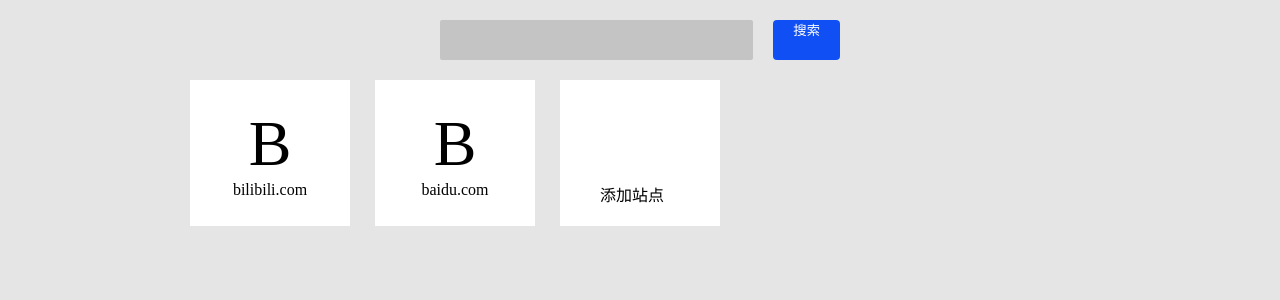
Repository: chenguocan/-
Page: src/index.html
An editor plug-in stored every save of this project. The page is shown before and after the next save, followed by the edit.
The browser window is 1280 px wide. The pictures show the whole page.

Above is the page before, as saved 2020-08-12 14:59:11.

### src/index.html
<!DOCTYPE html>
<html lang="en">

<head>
    <meta charset="UTF-8">
    <meta name="viewport"
        content="width=device-width,initial-scale=1,minimum-scale=1,maximum-scale=1,user-scalable=no,viewport-fit=cover">
    <meta http-equiv="X-UA-Compatible" content="ie=edge">
    <title>前端导航</title>
    <link rel="stylesheet" href="./style.css">
    <style type="text/css">
        .icon {
            width: 1em;
            height: 1em;
            vertical-align: -0.15em;
            fill: currentColor;
            overflow: hidden;
        }
    </style>
</head>

<body>
    <header class="globalHeader">
        <form class="searchForm" method="get" action="https://www.baidu.com/s">
            <input name="wd" type="text" />
            <button class="searchButton">搜索</button>
        </form>
    </header>
    <main class="globalMain">
        <ul class="siteList">
            <li class="addButton site">
                <div class="logo">
                    <svg class="icon" aria-hidden="true" style="width: 5em; height:5em">
                        <use xlink:href="#icon-jiahao"></use>
                    </svg>
                    <div class="site">添加站点</div>
                </div>
            </li>
        </ul>
    </main>
    <script src="https://cdn.bootcdn.net/ajax/libs/jquery/3.5.1/jquery.slim.min.js"></script>
    <script src="//at.alicdn.com/t/font_2000749_640re2b3w3g.js"></script>
    <script src="./main.js"></script>
</body>

</html>

### src/style.css
*{
    margin: 0;
    padding: 0;
    box-sizing: border-box;
}
*::before{
    margin: 0;
    padding: 0;
    box-sizing: border-box;
}
*::after{
    margin:0;
    padding: 0;
    box-sizing: border-box;
}
body{
    background:#E5E5E5;
}
ul>li{
    list-style: none;
}
a{
    text-decoration: none;
    color: inherit;
}
.searchForm {
    margin:20px;
    display: flex;
    flex-direction: row;
    flex-wrap: nowrap;
    justify-content: space-between;
}
.globalHeader >.searchForm > input{
    width: 100%;
    border: none;
    height: 40px;
    border-radius: 2px;
    background: #C4C4C4;
    padding-left: 10px;
}
@media(min-width:500px){
    .searchForm{
        max-width: 400px;
        margin-left: auto;
        margin-right: auto;
    }
}
.globalHeader >.searchForm> .searchButton{
    display: flex;
    white-space: nowrap;
    border: none;
    color:white;
    margin-left: 20px;
    background:#0F4FF3;
    border-radius:4px;
    padding:0 20px;
}
.siteList{
    display: flex;
    flex-direction: row;
    justify-content: space-between;
    flex-wrap: wrap;
    margin:0 20px;
}
@media (min-width:500px){
    .siteList{
        max-width: 900px;
        margin-right: auto;
        margin-left: auto;
        justify-content: flex-start;
    }
}
.siteList .siteBox,.addButton{
    display: flex;
    flex-direction: column;
    justify-content: center;
    align-items: center;
    flex-wrap: wrap;
    height: 146px;
    width: 160px;
    margin-bottom: 10px;
    background:#FFFFFF;
}
@media(min-width:500px){
    .siteList .siteBox,.addButton{
        margin-right: 25px;
    }
}
.siteList .siteBox>.logo{
    font-size: 64px;
}
.siteList .siteBox>.site{
    font-size:16px;
}
.delete{
    cursor: pointer;
}
.siteUrl{
    border:1px solid red;
}
.delete>.icon{
    width: 30px;
    height: 30px;
    position: absolute;
    right: 0px;
    top:0px;
}
.siteList .siteUrl:hover>.delete{
    display: block;
}

### src/main.js
const $siteList = $(".siteList");
const $addButton = $(".addButton");
const $lastLi = $siteList.find('li.last')
const x = localStorage.getItem('x');
const xObject = JSON.parse(x);
const hashMap = xObject || [
    {
        logo: "B",
        url: "https://www.bilibili.com",
    },
    {
        logo: "D",
        url: "https://www.baidu.com"
    }
];
const replaceUrl = ((url) => {
    return url.replace("http://", "").replace("https://", "").replace("www.", "").replace(/\/.*/, '')
})
const hashMapList = () => {
    $siteList.find("li:not(.addButton)").remove();
    hashMap.forEach((item, index) => {
        let $string = $(`
    <li class="site">
        <div class="delete">
           <svg class="icon" aria-hidden="true">
                <use xlink:href="#icon-cha"></use>
           </svg>
        </div>
        <a href="${item.url}">
            <div class="siteBox">
                <div class="logo">${replaceUrl(item.url)[0].toUpperCase()}</div>
                <div class="site">${replaceUrl(item.url)}</div>
            </div>
        </a>
    </li>
    `).insertBefore($addButton);
        $(".delete>svg").on('click', (e) => {
            e.stopPropagation(); // 阻止冒泡
            hashMap.splice(index, 1);
            hashMapList();
        })
    })
}
hashMapList();
$addButton.on("click", () => {
    let addUrl = window.prompt("请输入要添加的站点");
    if (addUrl !== null) {
        let logo = replaceUrl(addUrl)[0].toUpperCase();
        let url = addUrl;
        if (addUrl.indexOf("https") === -1) {
            url = "https://" + addUrl;
        }
        //console.log(logo, url)
        let addList = {
            logo,
            url,
        };
        hashMap.push(addList);
        hashMapList();
    }
})
window.onbeforeunload = (() => {
    const value = JSON.stringify(hashMap);
    window.localStorage.setItem("x", value);
})

After the next save:
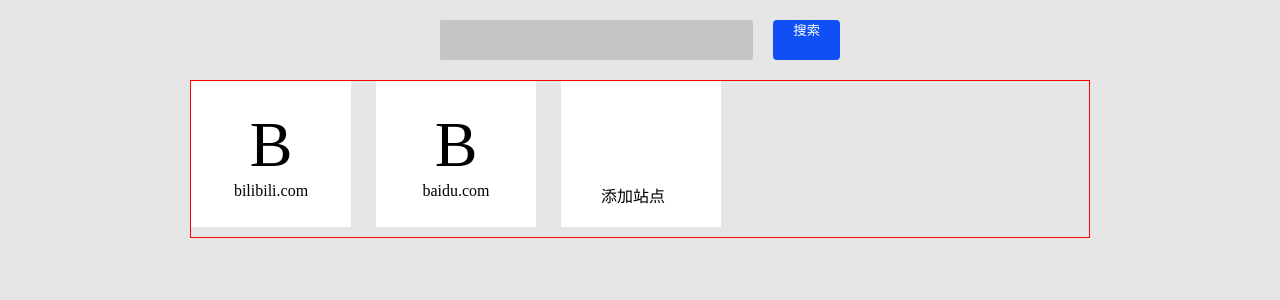
Saved 19 s later.
--- a/src/style.css
+++ b/src/style.css
@@ -61,6 +61,7 @@
     justify-content: space-between;
     flex-wrap: wrap;
     margin:0 20px;
+    border:1px solid red;
 }
 @media (min-width:500px){
     .siteList{
@@ -93,10 +94,9 @@
     font-size:16px;
 }
 .delete{
+    position: relative;
+    display: none;
     cursor: pointer;
-}
-.siteUrl{
-    border:1px solid red;
 }
 .delete>.icon{
     width: 30px;
@@ -105,6 +105,6 @@
     right: 0px;
     top:0px;
 }
-.siteList .siteUrl:hover>.delete{
+.siteList .site:hover>.delete{
     display: block;
 }
